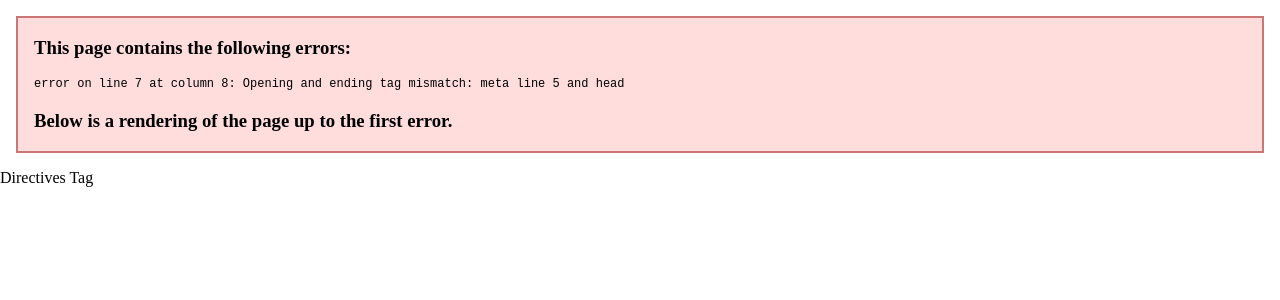
Repository: ezooo/JSP
Page: http://localhost/jspbook/3_2
These files come from the project's save history. The page is drawn as it stood at one moment and after the next save; the edit follows.
The browser window is 1280 px wide. The pictures show the whole page.
The page is served by Tomcat 10.

Above is the page before, as saved 2024-10-08 04:03:22.

After the next save:
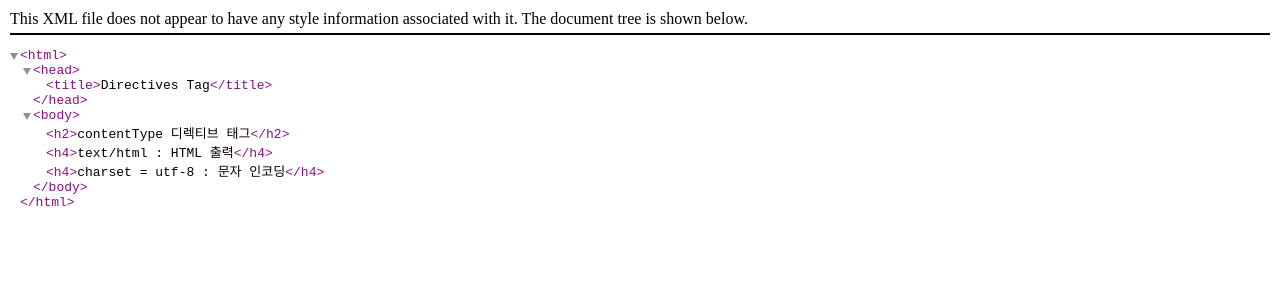
Saved 67 s later.
--- a/jspbook/src/main/webapp/chapter03/declar02.jsp
+++ b/jspbook/src/main/webapp/chapter03/declar02.jsp
@@ -1,9 +1,9 @@
 <%@ page contentType="text/xml; charset=UTF-8"
     %>
-<!DOCTYPE html>
+
 <html>
 <head>
-<meta charset="UTF-8">
+
 <title>Directives Tag</title>
 </head>
 <body>
